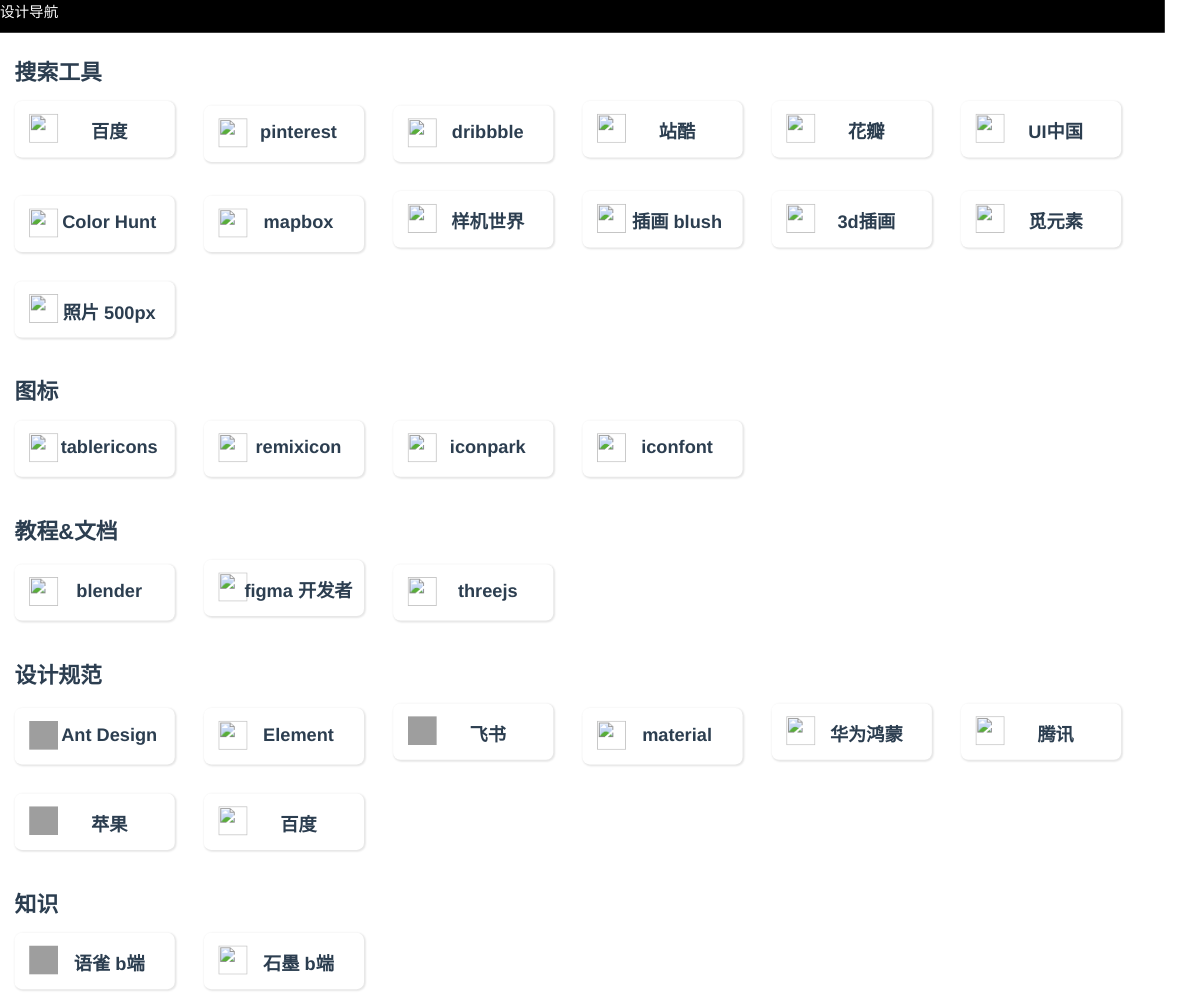
Repository: LiuZixu-aurelio/collection
Page: /
The author's editor kept a copy of each file at every save. The page is drawn from the files as they stood at one save, then again after the next save.
The browser window is 1280 px wide. The page is 1296 px wide, so the pictures cover 1296 px, including what lies to the right of the window. The pictures show the whole page, at 91% of full size.
Pictures or frames that could not be fetched are drawn as grey boxes. The project was rebuilt for these pictures with package versions that can differ from the ones it lists, and the page was loaded fresh each time.

Above is the page before, as saved 2022-06-22 16:57:18.

After the next save:
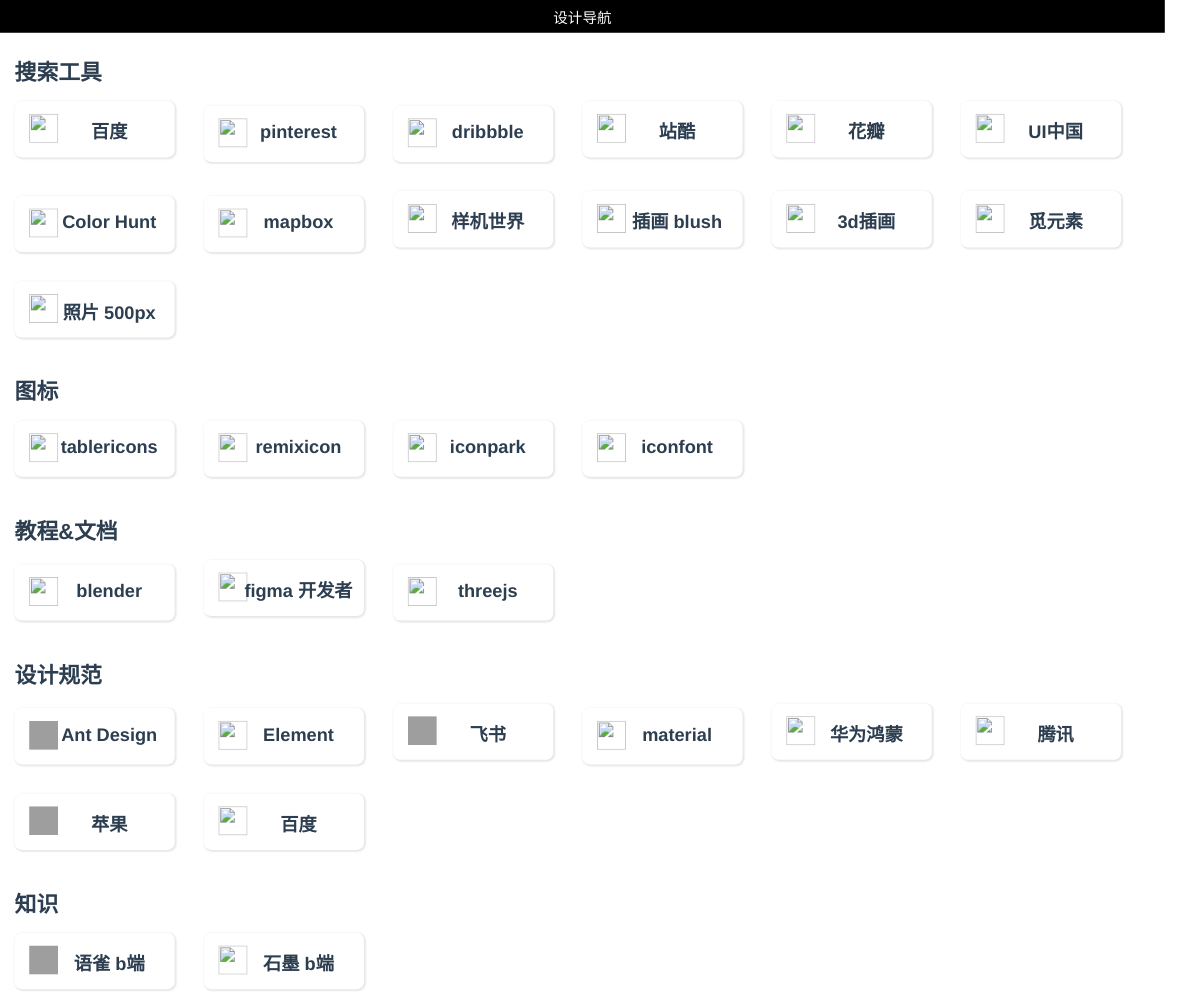
Saved 25 s later.
--- a/src/App.vue
+++ b/src/App.vue
@@ -29,7 +29,7 @@
   color: #fff;
   justify-content: center;
   align-items: center;
-  position: ;
+  display: flex;
   height: 36px;
 }
 body {
